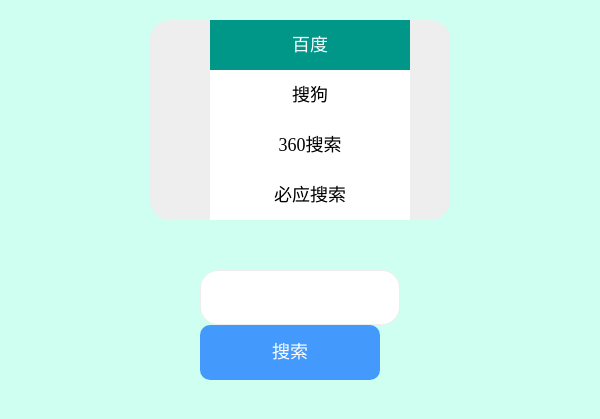
Repository: hellobz/duosousuoyinqing
Page: sousuo.html
These files come from the project's save history. The page is drawn as it stood at one moment and after the next save; the edit follows.
The browser window is 600 px wide. The pictures show the whole page.
Some web libraries are served in a nearby version.

Above is the page before, as saved 2022-05-25 10:04:29.

### sousuo.html
<!DOCTYPE html>
<html lang="en">

<head>
    <meta charset="UTF-8">
    <meta http-equiv="X-UA-Compatible" content="IE=edge">
    <meta name="viewport" content="width=device-width, initial-scale=1.0">
    <title>小旋综合搜素引擎</title>
    <link rel="shortcut icon" href="./images/favicon.ico" type="image/x-icon">
    <link rel="stylesheet" href="./css/index.css">
</head>

<body>
    <div id="wrap">
        <ul class="list">
            <li class="list_item" @click="handleChangeList(item.id)" v-for="item in search" :key="item.id"
                class="list_item"
                :style="{'backgroundColor': (currentTab == item.id ? '#009688': '#fff'),'color': (currentTab == item.id ? '#fff' : '#000')}"
                v-cloak>{{item.name}}</li>
        </ul>
        <div class="wrap_content">
            <input v-model="iptvalue" class="ipt" type="text" id="ipt">
            <button @click="handleClick" class="btn">搜索</button>
        </div>
    </div>
    <script src="https://unpkg.com/vue@2.6.14/dist/vue.js"></script>
    <script src="https://unpkg.com/axios@0.24.0/dist/axios.min.js"></script>
    <script>
        const vm = new Vue({
            el: '#wrap',
            data: {
                iptvalue: '',
                currentTab: 1,
                search: [
                    {
                        id: 1,
                        name: '百度'
                    },
                    {
                        id: 2,
                        name: '搜狗'
                    },
                    {
                        id: 3,
                        name: '360搜索'
                    },
                    {
                        id: 4,
                        name: '必应搜索'
                    }
                ]

            },
            methods: {
                handleChangeList(id) {
                    this.currentTab = id;
                },

                handleClick() {
                    if (this.currentTab == 1) {
                        window.open("https://www.baidu.com/s?wd=" + this.iptvalue);
                    } else if (this.currentTab == 2) {
                        window.open('https://www.sogou.com/web?query=' + this.iptvalue);
                    } else if (this.currentTab == 3) {
                        window.open('https://www.so.com/s?ie=utf-8&fr=none&src=360sou_newhome&q=' + this.iptvalue);
                    } else if (this.currentTab == 4) {
                        window.open('https://cn.bing.com/search?q=' + this.iptvalue);
                    }
                    else {
                        alert('你是否选择上面的搜索引擎搜索');
                    }
                    // window.location.href ="https://www.baidu.com/s?wd="+this.iptvalue;

                    // axios.get(`https://www.baidu.com/s?wd=${this.iptvalue}`)
                    // .then((res)=>{
                    //     console.log(res);
                    //     window.location.href ="https://www.baidu.com/s?wd="+this.iptvalue;
                    // }).catch(()=>{

                    // })
                }
            }
        })
    </script>
</body>

</html>

### css/index.css
* {
    margin: 0;
    padding: 0;
}

body {
    /* background-color: #009688; */
    background-color: #cefff1;
    min-height: 730px;
}

[v-cloak] {
    display: none;
}

#wrap {
    margin: 20px auto;
    width: 700px;
}

#wrap ul.list {
    display: flex;
    align-items: center;
    margin-bottom: 50px;
    width:660px;
    height: 80px;
    padding-left: 20px;
    box-sizing: border-box;
    list-style: none;
    background-color: #eee;
    color: #333;
    font-size: 16px;
    border-radius: 20px;
}

#wrap li.list_item{
    margin-right: 4%;
    width:29%;
    height: 50px;
    text-align: center;
    line-height: 50px;
    font-size: 18px;
    cursor: pointer;
}

.wrap_content {
    display: flex;
    align-items: center;
    width: 700px;
}

.ipt {
    margin-right: 20px;
    width: 500px;
    height:55px;
    padding-left: 20px;
    box-sizing: border-box;
    border-radius: 18px;
    border: 1px solid #eee;
    font-size: 24px;
    outline: none;
}

.btn {
    width:180px;
    height: 55px;
    line-height: 55px;
    text-align:center;
    color: #fff;
    background-color: #4399FC;
    border-radius: 10px;
    font-size: 18px;
    outline: none;
    border: none;
}

@media (max-width: 720px) {
    #wrap {
        width: 300px;
    }
    #wrap ul.list {
        display: block;
        width: 300px;
        height: auto;
    }

    .wrap_content, .ipt, #wrap li.list_item {
        display: block;
        margin: 0;
        margin-left: auto;
        margin-right: auto;
        width: 200px;
    }

    /* .ipt {
        display: block;
        margin-left: auto;
        margin-right: auto;
        width: 200px;
    } */
}

After the next save:
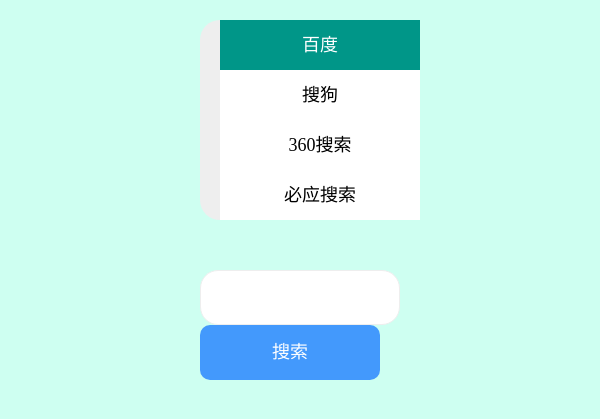
Saved 20 s later.
--- a/css/index.css
+++ b/css/index.css
@@ -76,11 +76,11 @@
 
 @media (max-width: 720px) {
     #wrap {
-        width: 300px;
+        width: 200px;
     }
     #wrap ul.list {
         display: block;
-        width: 300px;
+        width: 200px;
         height: auto;
     }
 
